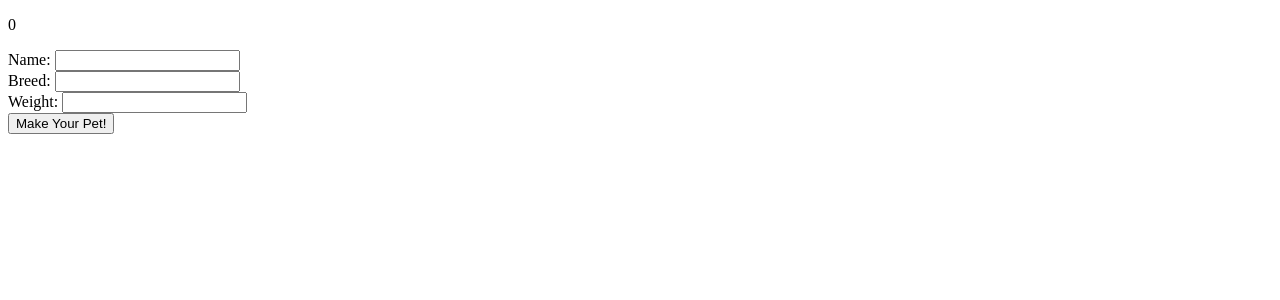
Repository: a-rydzak/Java
Page: http://localhost/Counter/Click
An editor plug-in stored every save of this project. The page is shown before and after the next save, followed by the edit.
The browser window is 1280 px wide. The pictures show the whole page.
The page is served by Tomcat 9.

Above is the page before, as saved 2019-07-12 14:59:25.

After the next save:
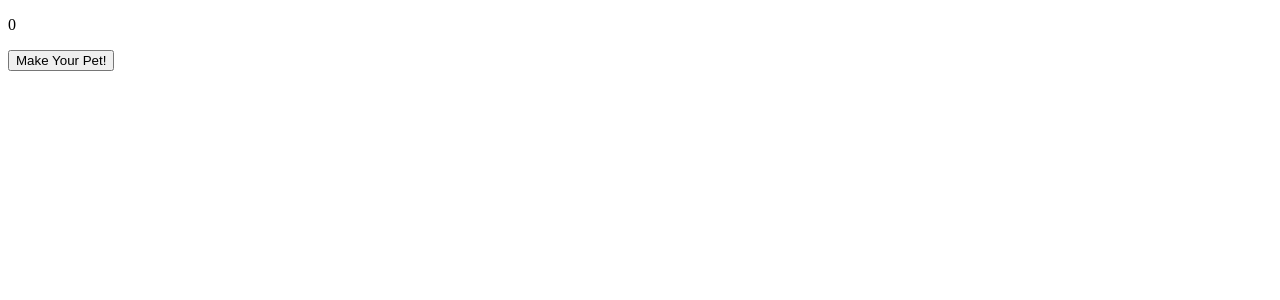
Saved 25 s later.
--- a/Java MVC/ButtonClicker/Counter/WebContent/WEB-INF/views/Click.jsp
+++ b/Java MVC/ButtonClicker/Counter/WebContent/WEB-INF/views/Click.jsp
@@ -12,14 +12,8 @@
         <c:out value="${count}"/>
     </p>
 
-	      <form name="catsForm" method="post" action="Cats">
-		         Name: <input type = "text" name = "name">
-		         <br />
-		         Breed: <input type = "text" name = "breed" >
-		         <br />
-		         Weight: <input type="number" name="weight">
-		         <br />
-		         <input type = "submit" value = "Make Your Pet!" />
-		      </form>
+	<form name="catsForm" method="post" action="Cats">
+		<input type = "submit" value = "Make Your Pet!" /
+	</form>
 </body>
 </html>
